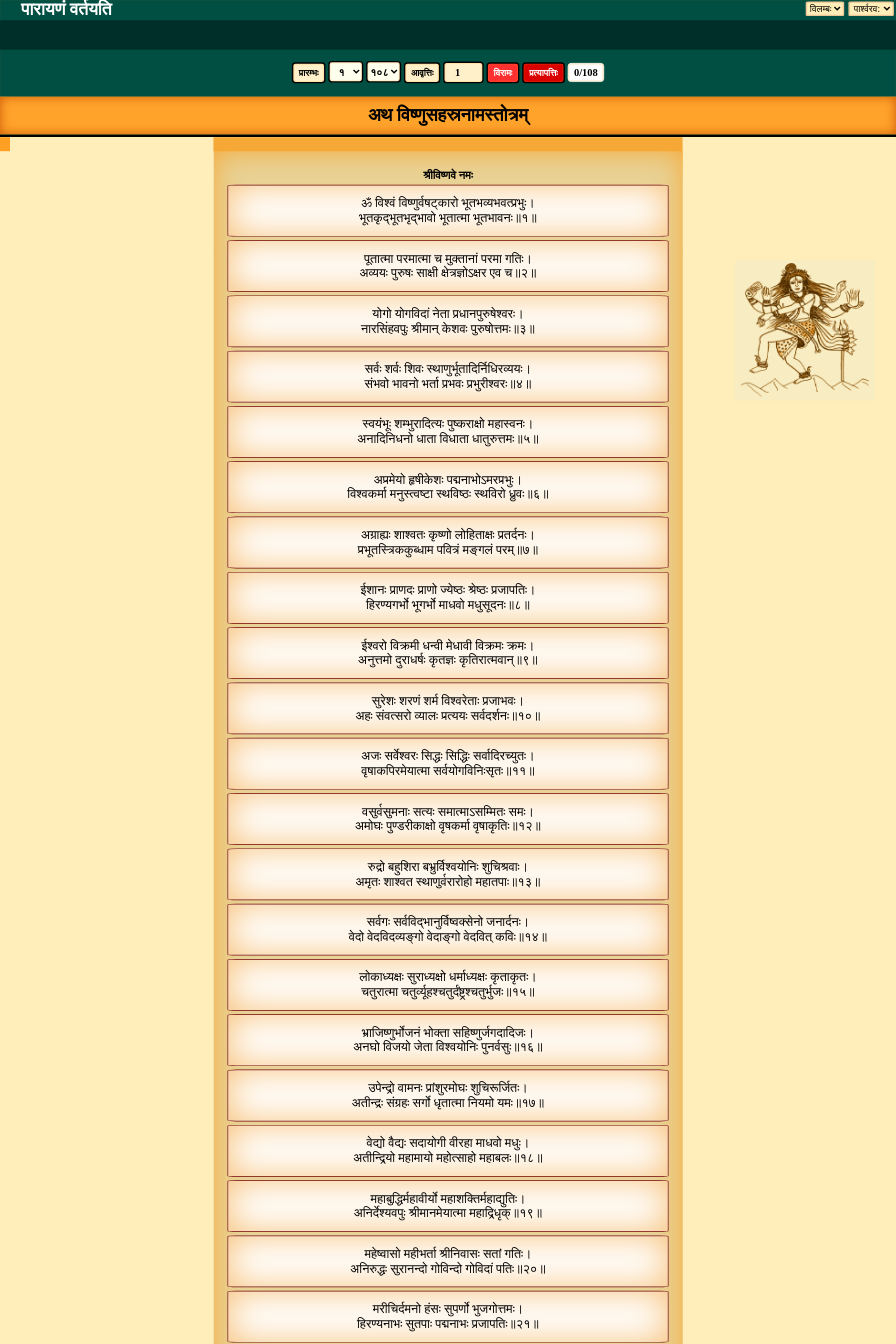
Repository: arshavak/vishnu-sahasranam
Page: index.html
An editor plug-in stored every save of this project. The page is shown before and after the next save, followed by the edit.
The browser window is 1280 px wide. The pictures show the part of the page from y = 0 to 1920 px (the page is 8853 px tall before and 8849 px after), at 70% of full size.

Above is the page before, as saved 2024-12-30 13:37:37.
Not found: scripts/sanskrittime.js

After the next save:
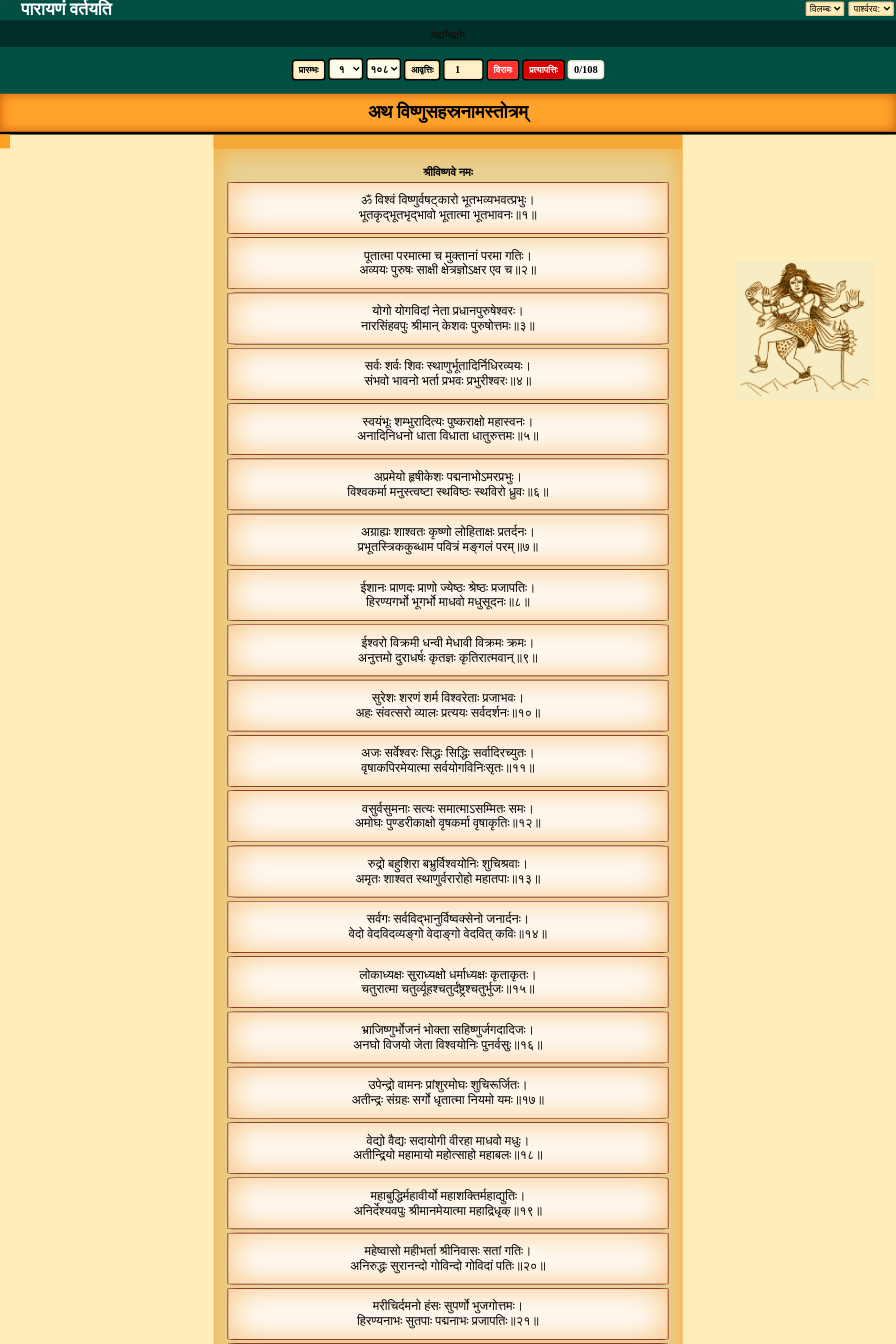
Saved 24 s later.
--- a/index.html
+++ b/index.html
@@ -27,9 +27,7 @@
       </select>
   </div>
     <div class="topnavbar">
-      <marquee style="padding: 0 0 0 0;" behavior="scroll" direction="left">
-        gfhgfhgf jhgjhg
-      </marquee>
+      hgjhgjh
     </div>
       <input name="play_button" class="psuGrup play" type="button" value="प्रारम्भः"/>
       <select  id="selector1" class="From selector FromAndTo"></select>
